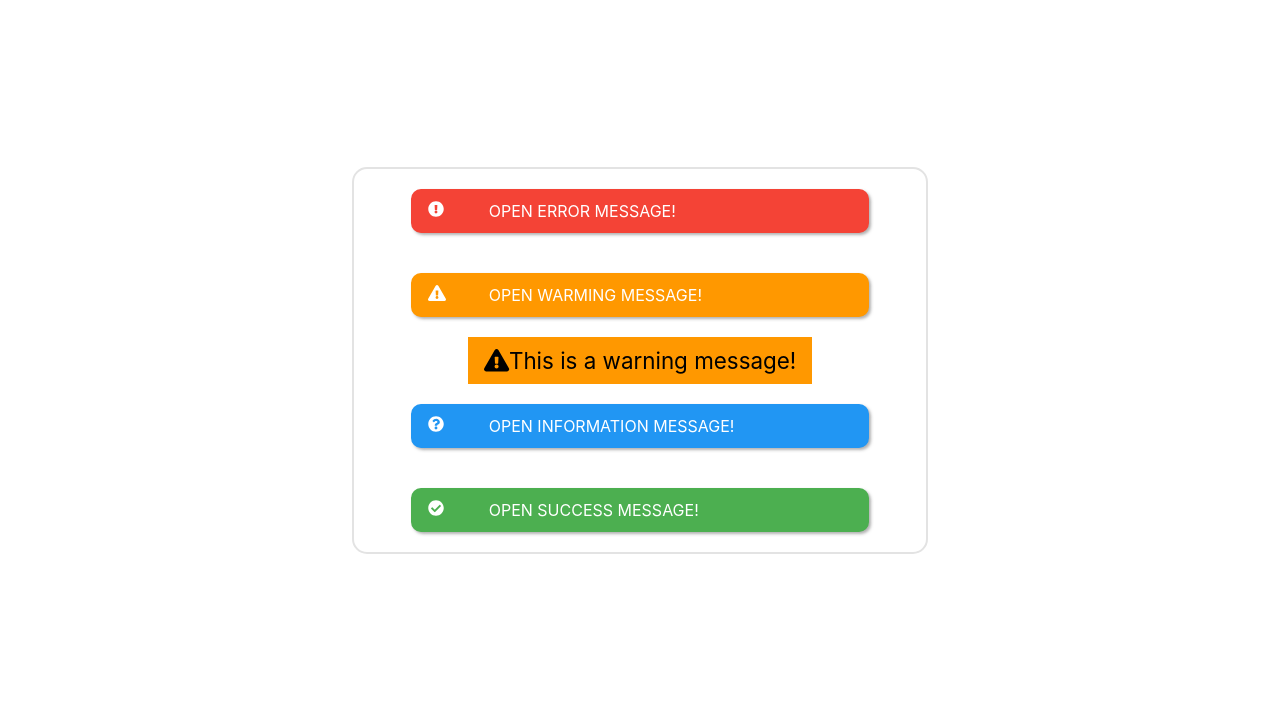
Repository: KrzysKolo/sr_tydzien5_zad2
Page: /, after clicking the first element matching `div.wrapper--btn > :nth-child(2)`
These files come from the project's save history. The page is drawn as it stood at one moment and after the next save; the edit follows.
The browser window is 1280 px wide. The pictures show the whole page.
The project was rebuilt for these pictures with package versions that can differ from the ones it lists, and the page was loaded fresh each time.

Above is the page before, as saved 2020-12-28 04:32:40.

After the next save:
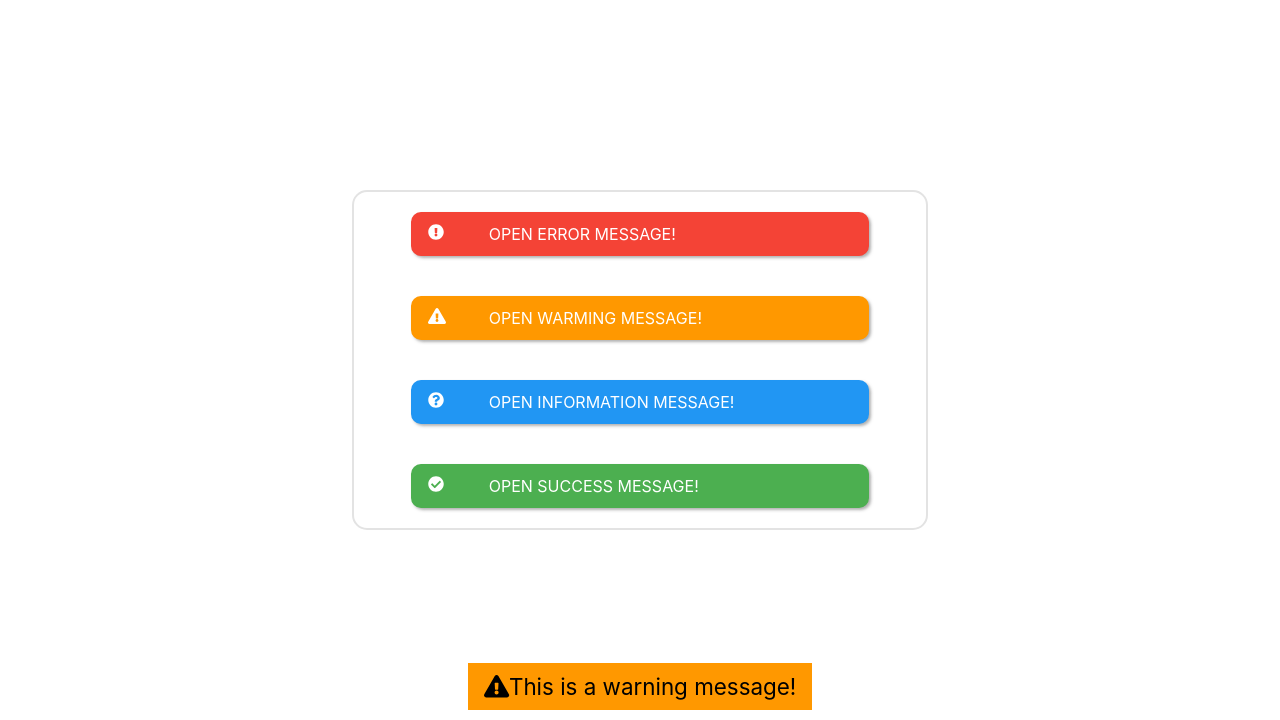
Saved 106 s later.
--- a/src/App.css
+++ b/src/App.css
@@ -59,3 +59,8 @@ body {
   top: 10px;
   right: 10px;
 }
+.center-bottom {
+  position: absolute;
+  bottom: 10px;
+  left: calc(100vh-50%);
+}
